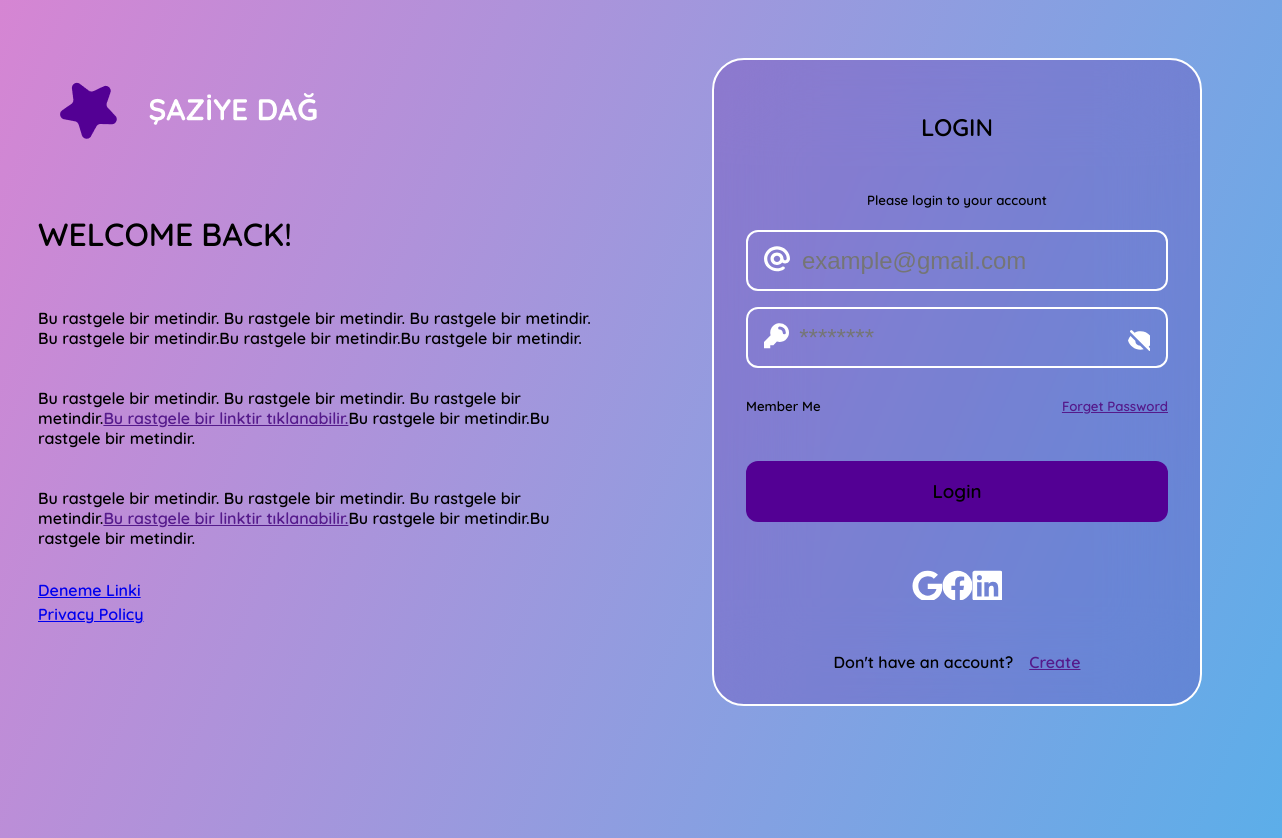
Repository: szydag/login
Page: /
The author's editor kept a copy of each file at every save. The page is drawn from the files as they stood at one save, then again after the next save.
The browser window is 1280 px wide. The page is 1282 px wide, so the pictures cover 1282 px, including what lies to the right of the window. The pictures show the whole page.
The project was rebuilt for these pictures with package versions that can differ from the ones it lists, and the page was loaded fresh each time. Also part of the build but not shown: src/assets/svgr/unhiddenIcon/index.js.

Above is the page before, as saved 2023-11-02 00:03:56.

After the next save:
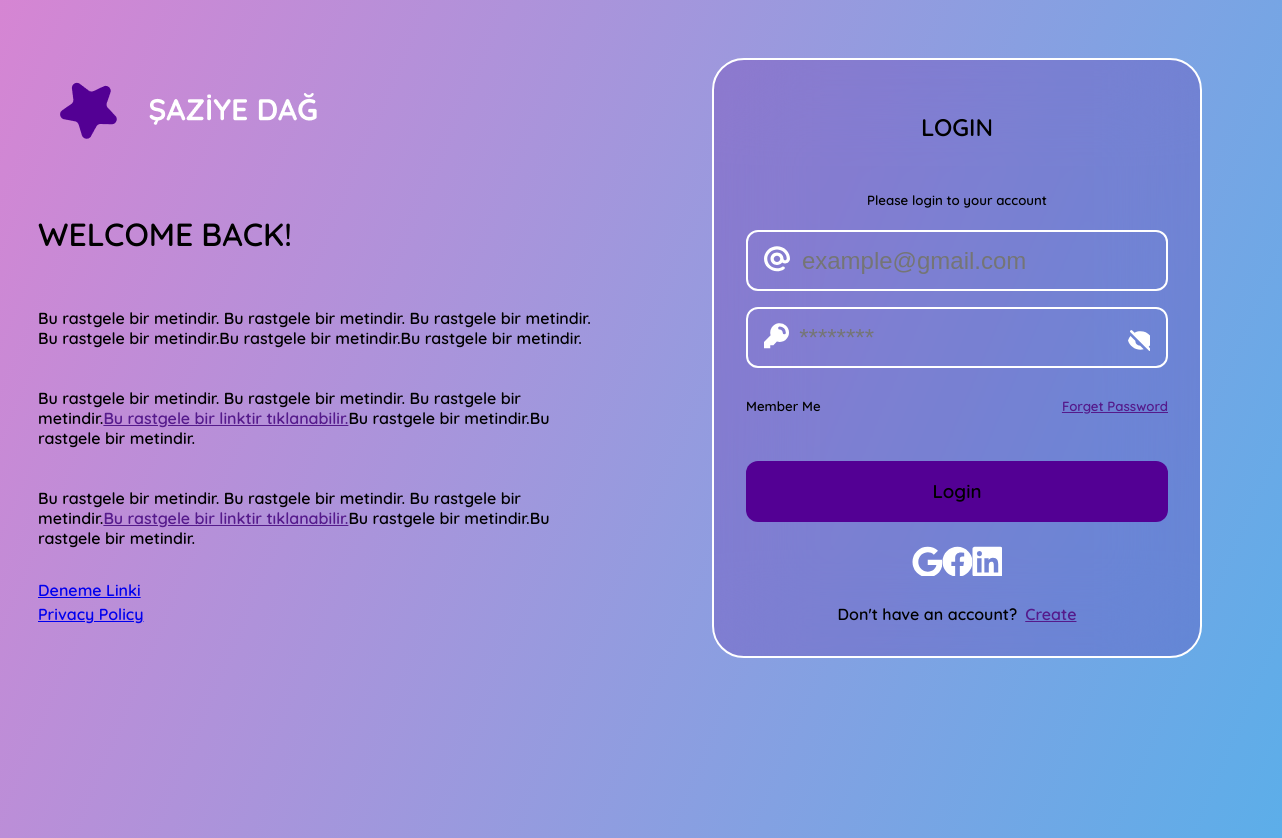
Saved 23 s later.
--- a/src/app/pages/login/style.js
+++ b/src/app/pages/login/style.js
@@ -184,7 +184,7 @@ const useStyles = createUseStyles({
         display: 'flex',
         flexDirection: 'column',
         alignItems: 'center',
-        gap: '48px',
+        gap: '24px',
     },
     accountSettingsTitle: {
         display: 'flex',
@@ -193,13 +193,13 @@ const useStyles = createUseStyles({
         gap: '8px',
     },
     socialMediaIcons: {
-        gap: '40px'
+        gap: '20px'
     },
     newAccountArea: {
         display: 'flex',
         justifyContent: 'center',
         alignItems: 'flex-start',
-        gap: '16px',
+        gap: '8px',
     },
 })
 export default useStyles;
